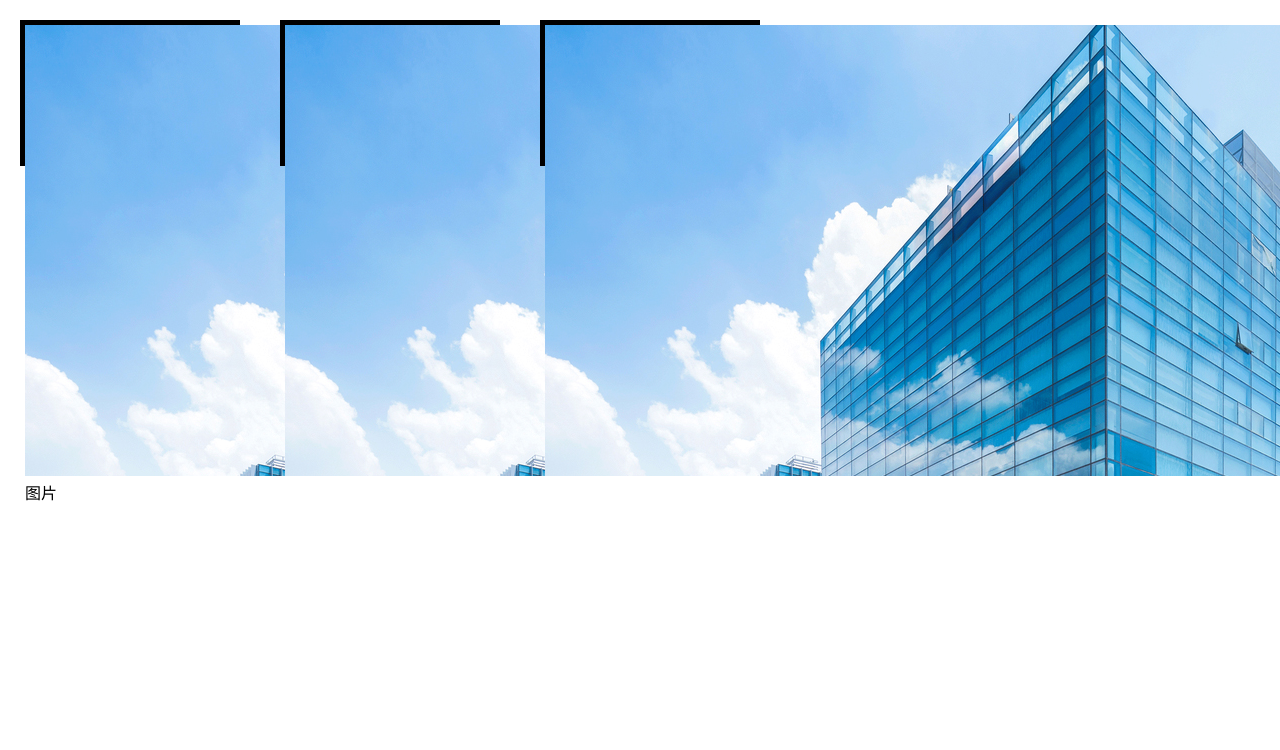
Repository: fixbb/workspace
Page: 016盒子模型/填充.html
The author's editor kept a copy of each file at every save. The page is drawn from the files as they stood at one save, then again after the next save.
The browser window is 1280 px wide. The pictures show the whole page.
An inner scrolling area shows only its first screen.

Above is the page before, as saved 2021-09-01 20:40:55.

After the next save:
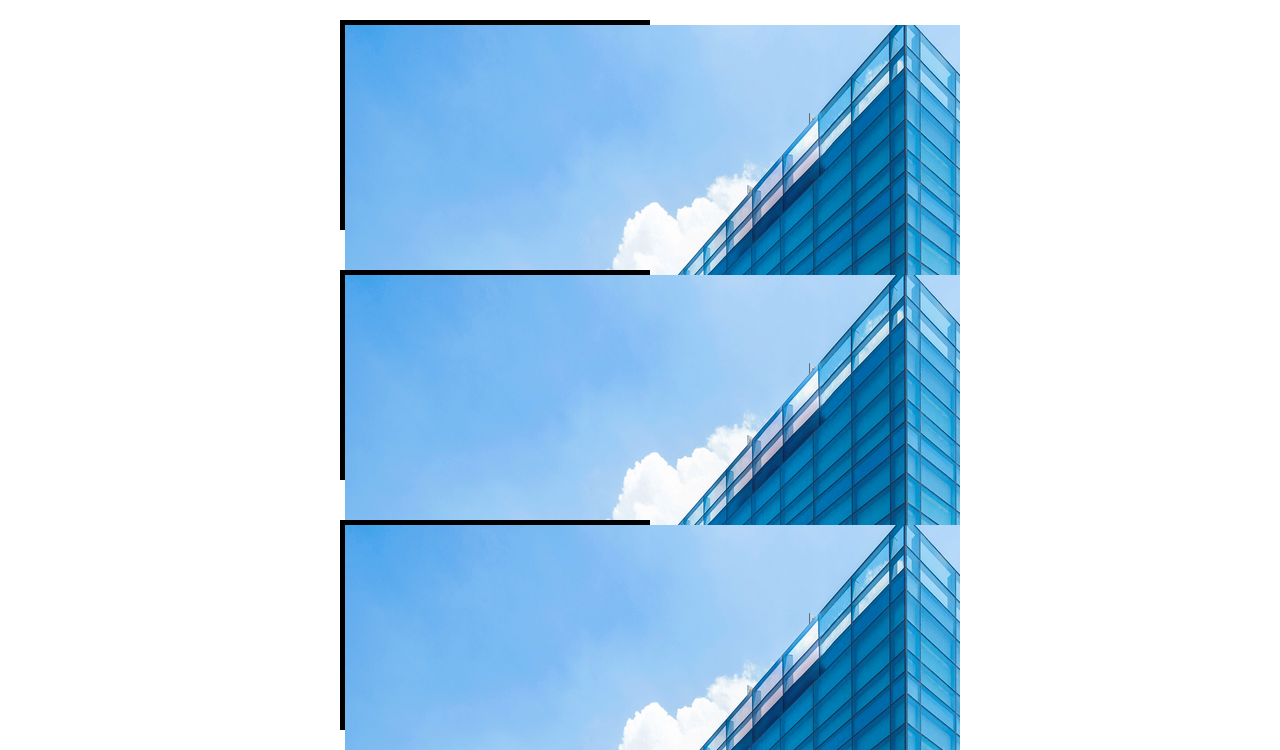
Saved 93 s later.
--- a/016盒子模型/填充.html
+++ b/016盒子模型/填充.html
@@ -11,14 +11,14 @@
             margin: 0;/* 将所有的元素的边距置为0 */
         }
         .item {
-            width: 210px;
-            height: 136px;
+            width: 300px;
+            height: 200px;
             float: left;
             margin: 20px;
             border: 5px solid black;
         }
         #box {
-            height: 750px;
+            width: 640px;
             margin: auto; /* 让父元素自动设置边距，左右边距相等，即可达到居中效果，水平方向有效 */
             overflow: auto;
         }
